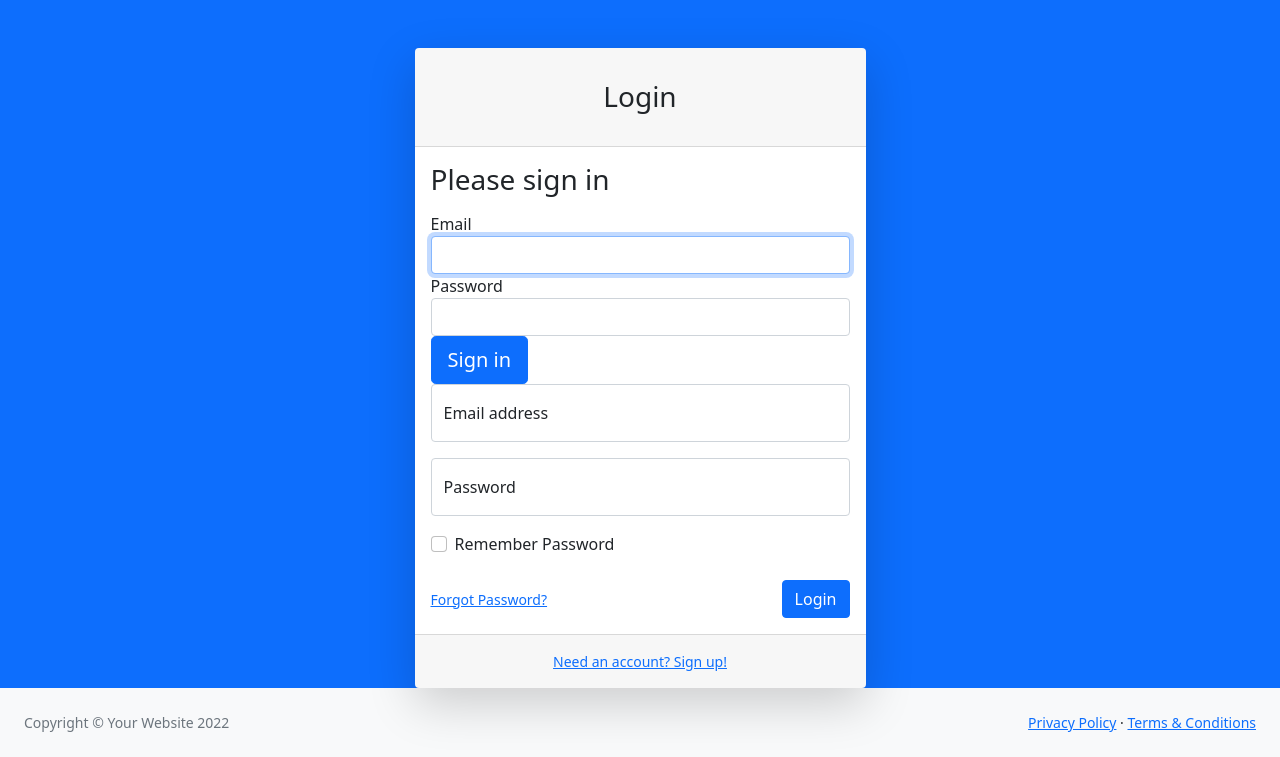
Repository: freddy1212/adulams
Page: templates/login.html.twig
These files come from the project's save history. The page is drawn as it stood at one moment and after a run of saves; the edit follows.
The browser window is 1280 px wide. The pictures show the whole page.
Some web libraries are served in a nearby version. The page is a Twig template of a Symfony application; nobody is signed in and links lead nowhere. The template is opened directly, without the code that normally fills it, so the values that code supplies are empty.

Above is the page before, as saved 2022-08-29 17:53:48.

After the next 2 saves:
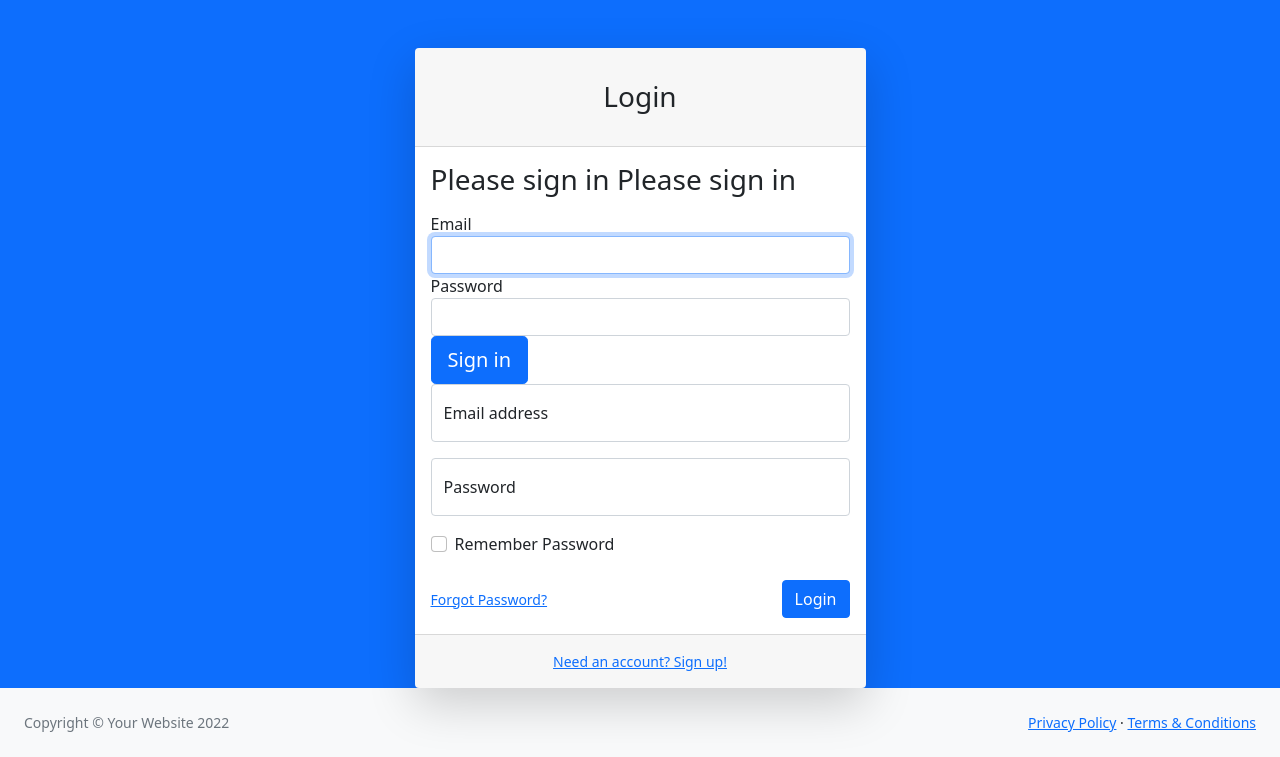
The 2 saves are shown as one change because they came seconds apart.
The last was saved 8 s later.
--- a/templates/login.html.twig
+++ b/templates/login.html.twig
@@ -34,6 +34,7 @@
 
                                                 <h1 class="h3 mb-3 font-weight-normal">
                                                 {% block pageTitle %}
+                                                    Please sign in
                                                 {% endblock %}
                                                 Please sign in
                                                 </h1>

After the save that followed:
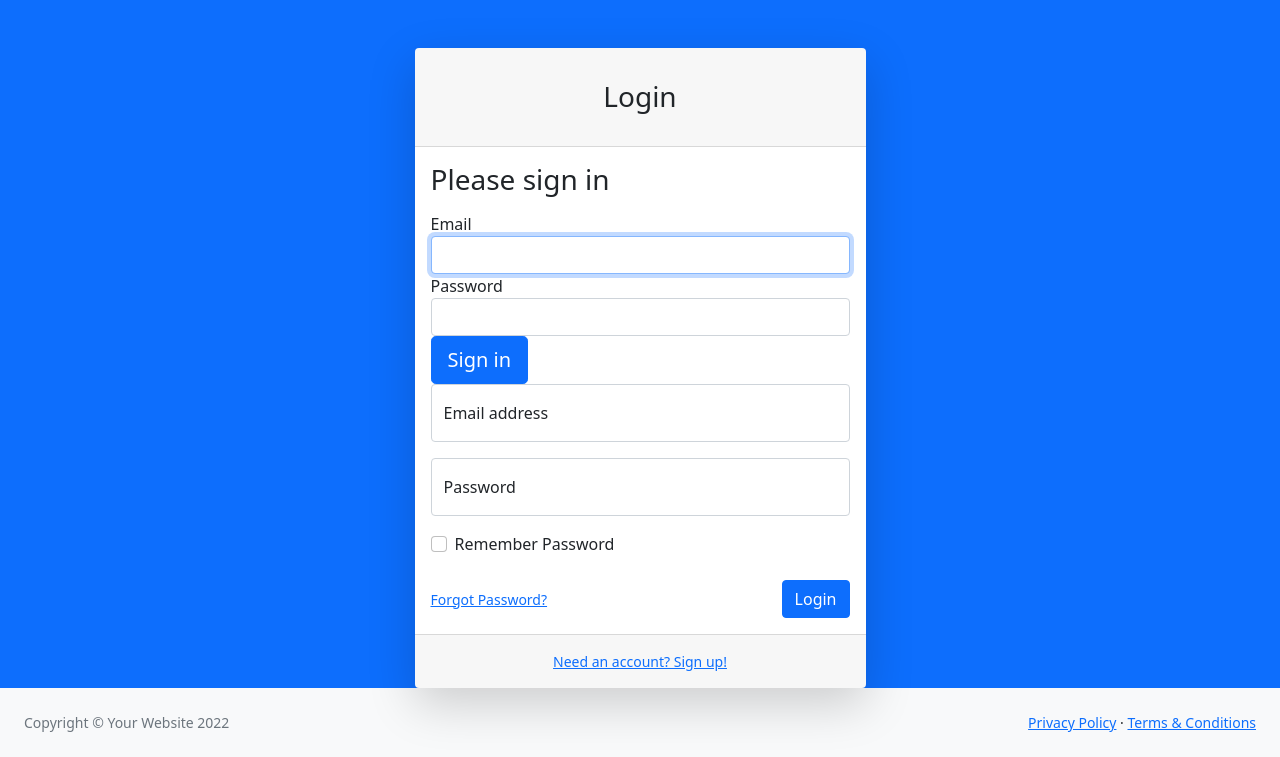
Saved 6 s later.
--- a/templates/login.html.twig
+++ b/templates/login.html.twig
@@ -36,7 +36,7 @@
                                                 {% block pageTitle %}
                                                     Please sign in
                                                 {% endblock %}
-                                                Please sign in
+
                                                 </h1>
                                                 <label for="inputEmail">Email</label>
                                                 <input type="email" value="{{ last_username }}" name="email" id="inputEmail" class="form-control" autocomplete="email" required autofocus>
